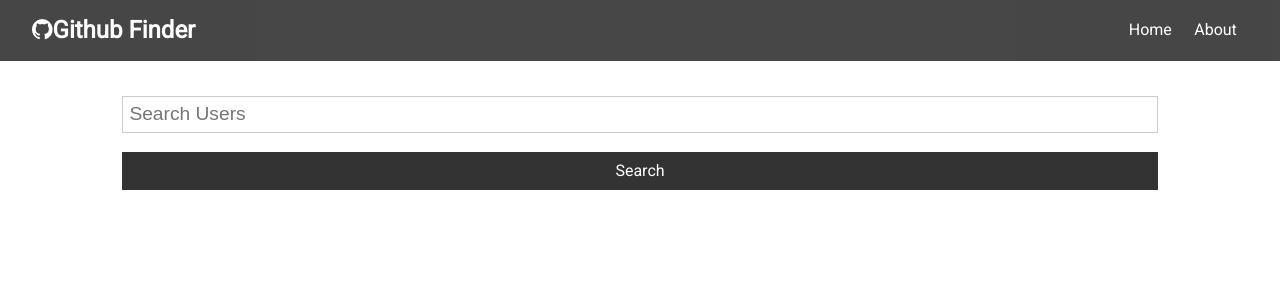
Repository: hemxnt-saini/GitProfile-Visualizer
Page: /
An editor plug-in stored every save of this project. The page is shown before and after the next save, followed by the edit.
The browser window is 1280 px wide. The pictures show the whole page.
The project was rebuilt for these pictures with package versions that can differ from the ones it lists, and the page was loaded fresh each time. Also part of the build but not shown: next.config.js, src/components/users/UserItem.js, src/components/layout/Spinner.js, src/components/repos/RepoItem.js, src/components/repos/Repos.js, src/components/users/User.js, src/components/layout/Alert.js, src/components/pages/About.js.

Above is the page before, as saved 2020-08-05 09:46:17.

### public/index.html
<!DOCTYPE html>
<html lang="en">
  <head>
    <meta charset="utf-8" />
    <link rel="icon" href="%PUBLIC_URL%/favicon.ico" />
    <meta name="viewport" content="width=device-width, initial-scale=1" />
    <meta name="theme-color" content="#000000" />
    <meta
      name="description"
      content="Web site created using create-react-app"
    />
    <link rel="apple-touch-icon" href="%PUBLIC_URL%/logo192.png" />

    <link rel="manifest" href="%PUBLIC_URL%/manifest.json" />
    <link
      rel="stylesheet"
      href="https://stackpath.bootstrapcdn.com/font-awesome/4.7.0/css/font-awesome.min.css"
    />
    <title>React App</title>
  </head>
  <body>
    <noscript>You need to enable JavaScript to run this app.</noscript>
    <div id="root"></div>
  </body>
</html>

### src/App.js
import React, { Component, Fragment } from "react";
import "./App.css";
import { BrowserRouter as Router, Switch, Route } from "react-router-dom";
import Navbar from "./components/layout/Navbar";
import Users from "./components/users/Users";
import User from "./components/users/User";
import Search from "./components/users/Search";
import Alert from "./components/layout/Alert";
import About from "./components/pages/About";
import axios from "axios";
class App extends Component {
  state = {
    users: [],
    user: {},
    repos: [],
    loading: false,
    alert: null,
  };
  searchUsers = async (text) => {
    this.setState({ loading: true });
    const res = await axios.get(
      `https://api.github.com/search/users?q=${text}&cliend_id=${process.env.REACT_APP_GITHUB_CLIENT_ID}&client_secret=${process.env.REACT_APP_GITHUB_CLIENT_SECRET}`
    );
    this.setState({
      users: res.data.items,
      loading: false,
    });
  };

  clearUsers = () => {
    this.setState({
      users: [],
      loading: false,
    });
  };

  setAlert = (msg, type) => {
    this.setState({ alert: { msg, type } });

    setTimeout(() => this.setState({ alert: null }), 5000);
  };

  getUser = async (username) => {
    this.setState({ loading: true });
    const res = await axios.get(
      `https://api.github.com/users/${username}?cliend_id=${process.env.REACT_APP_GITHUB_CLIENT_ID}&client_secret=${process.env.REACT_APP_GITHUB_CLIENT_SECRET}`
    );
    this.setState({ user: res.data, loading: false });
  };

  getUserRepos = async (username) => {
    const res = await axios.get(
      `https://api.github.com/users/${username}/repos?per_page=5&sort=created:asc&cliend_id=${process.env.REACT_APP_GITHUB_CLIENT_ID}&client_secret=${process.env.REACT_APP_GITHUB_CLIENT_SECRET}`
    );
    this.setState({ repos: res.data });
  };

  render() {
    return (
      <Router>
        <div className='App'>
          <Navbar title='Github Finder' />
          <div className='container'>
            <Alert alert={this.state.alert} />
            <Switch>
              <Route
                exact
                path='/'
                render={(props) => (
                  <Fragment>
                    <Search
                      searchUsers={this.searchUsers}
                      clearUsers={this.clearUsers}
                      showClear={this.state.users.length > 0 ? true : false}
                      setAlert={this.setAlert}
                    />
                    <Users
                      users={this.state.users}
                      loading={this.state.loading}
                    />
                  </Fragment>
                )}
              />
              <Route exact path='/about' component={About} />
              <Route
                exact
                path='/user/:login'
                render={(props) => (
                  <User
                    {...props}
                    getUser={this.getUser}
                    getUserRepos={this.getUserRepos}
                    repos={this.state.repos}
                    user={this.state.user}
                    loading={this.state.loading}
                  />
                )}
              />
            </Switch>
          </div>
        </div>
      </Router>
    );
  }
}

export default App;

### src/components/layout/Navbar.js
import React from "react";
import { Link } from "react-router-dom";
function Navbar(props) {
  return (
    <nav className='navbar bg-dark '>
      <h1>
        <i className='fa fa-github'></i>
        {props.title}
      </h1>
      <ul>
        <li>
          <Link to='/'>Home</Link>
        </li>
        <li>
          <Link to='/about'>About</Link>
        </li>
      </ul>
    </nav>
  );
}

export default Navbar;

### src/components/users/Users.js
import React from "react";
import UserItem from "./UserItem";
import Spinner from "../layout/Spinner";

const Users = ({ users, loading }) => {
  if (loading) {
    return <Spinner />;
  } else {
    return (
      <div style={userStyle}>
        {users.map((user) => (
          <UserItem key={user.id} user={user} />
        ))}
      </div>
    );
  }
};

const userStyle = {
  display: "grid",
  gridTemplateColumns: "repeat(3,1fr)",
  gridGap: "1rem",
};

export default Users;

### src/components/users/Search.js
import React, { Component } from "react";

class Search extends Component {
  state = {
    text: "",
  };

  //Removal of this keyword
  //addition of const while making function
  //use of arrow to avoid bind()
  //removal of this.setState() ==> Just call setText(pass the changed value)
  //removal of this.state.text ==> text
  //that this.props convertinto just props in function and that too we destructure on top

  onChange = (e) => {
    this.setState({ text: e.target.value });
  };

  onSubmit = (e) => {
    e.preventDefault();

    if (this.state.text === "") {
      this.props.setAlert("Please Enter Something..!!", "light");
    } else {
      this.props.searchUsers(this.state.text);
      this.setState({ text: "" });
    }
  };

  render() {
    return (
      <div>
        <form onSubmit={this.onSubmit} className='form'>
          <input
            type='text'
            name='text'
            placeholder='Search Users'
            value={this.state.text}
            onChange={this.onChange}
            autoComplete='off'
          />
          <input
            type='submit'
            value='Search'
            className='btn btn-dark btn-block'
          />
        </form>

        {this.props.showClear && (
          <button
            className='btn btn-light btn-block'
            onClick={this.props.clearUsers}
          >
            Clear
          </button>
        )}
      </div>
    );
  }
}

export default Search;

Loaded but not shown: src/index.js (common file); src/App.css (common file)

After the next save:
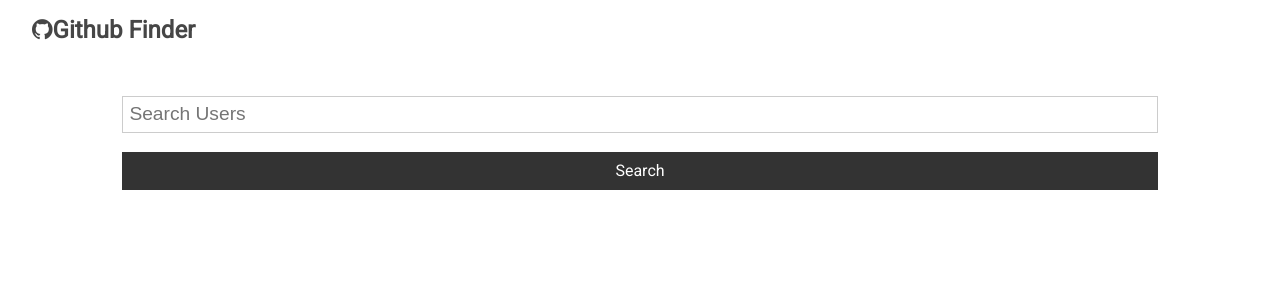
Saved 8 s later.
--- a/src/components/layout/Navbar.js
+++ b/src/components/layout/Navbar.js
@@ -2,7 +2,7 @@
 import { Link } from "react-router-dom";
 function Navbar(props) {
   return (
-    <nav className='navbar bg-dark '>
+    <nav className='navbar bg-black '>
       <h1>
         <i className='fa fa-github'></i>
         {props.title}
